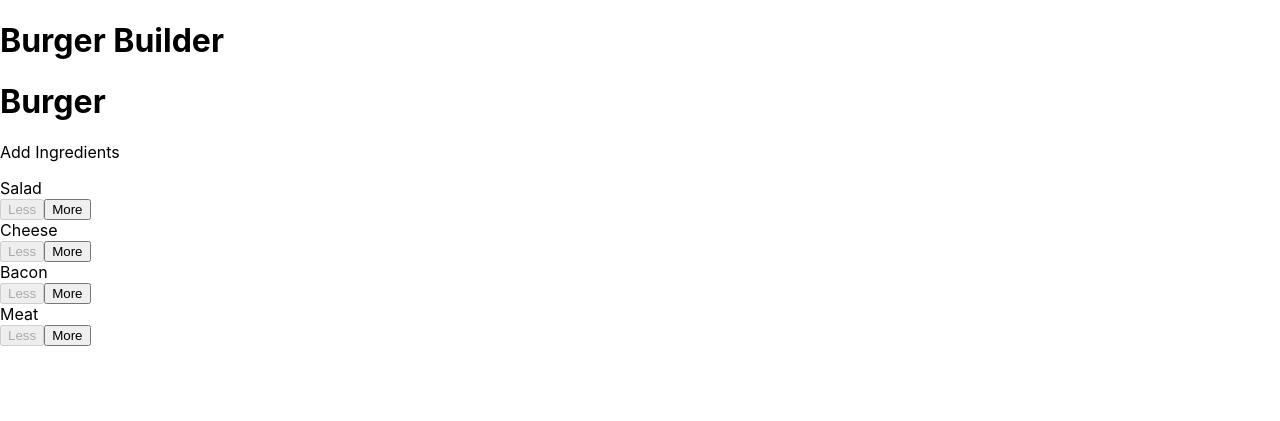
Repository: uditjain100/BurgerBuilder
Page: /
The author's editor kept a copy of each file at every save. The page is drawn from the files as they stood at one save, then again after the next save.
The browser window is 1280 px wide. The pictures show the whole page.
The project was rebuilt for these pictures with package versions that can differ from the ones it lists, and the page was loaded fresh each time. Also part of the build but not shown: src/components/Layouts/Layout.css, src/App.css, src/components/Burger/Burger.css, src/components/Burger/BurgerIngredient/BurgerIngredient.css, src/components/Burger/BuildControls/BuildControls.css, src/components/Burger/BuildControls/BuildControl/BuildControl.css.

Above is the page before, as saved 2021-03-16 17:16:36.

After the next save:
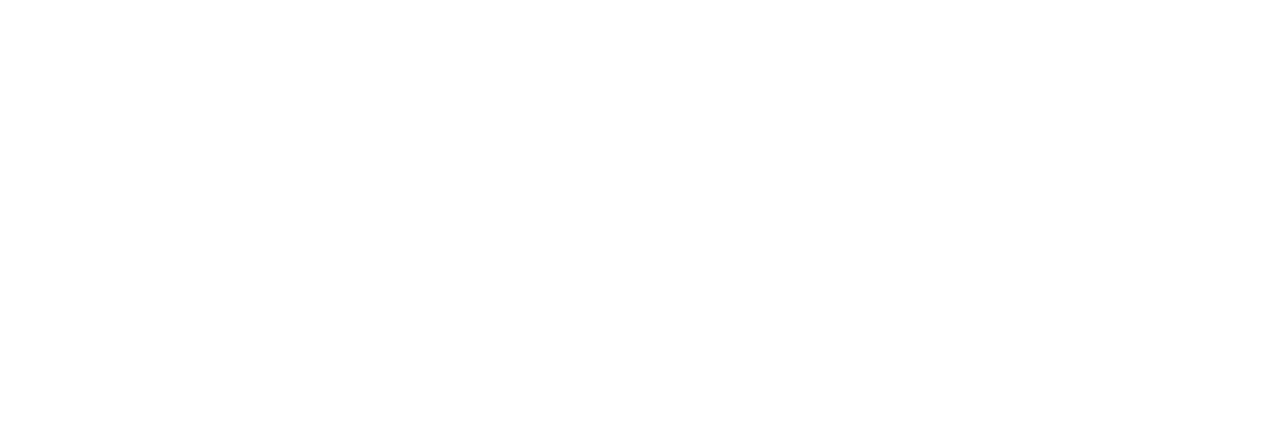
Console error: TypeError: Cannot read properties of undefined (reading 'toFixed')
Saved 20 min 2 s later.
--- a/src/components/Burger/BuildControls/BuildControls.js
+++ b/src/components/Burger/BuildControls/BuildControls.js
@@ -12,6 +12,10 @@
 const BuildControls = (props) => {
   return (
     <div className={classes.BuildControls}>
+      <p>
+        Current Price : <strong> {props.price.toFixed(2)} </strong>
+      </p>
+
       {controls.map((ctrl) => {
         return (
           <BuildControl

After the save that followed:
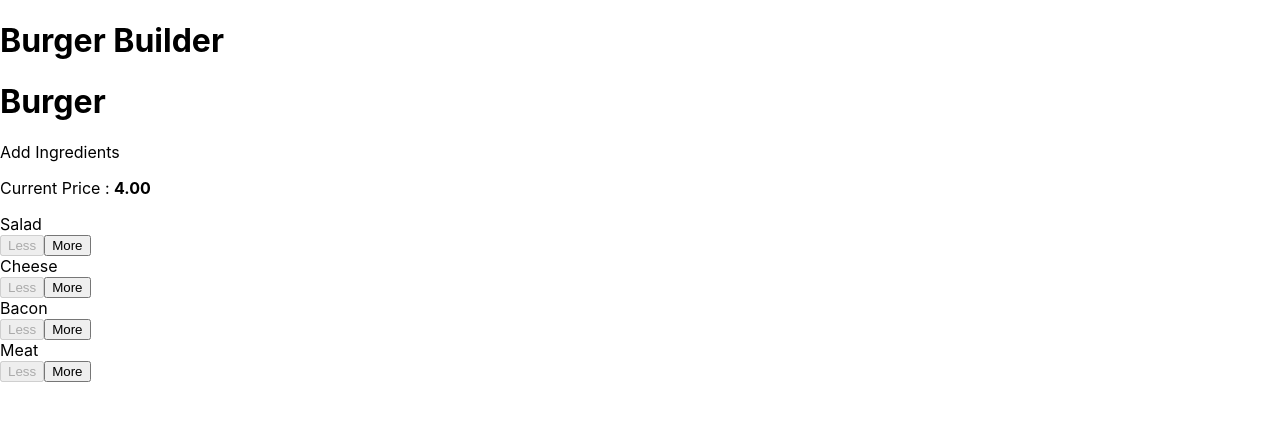
The error is gone.
Saved 41 s later.
--- a/src/containers/BurgerBuilder/BurgerBuilder.js
+++ b/src/containers/BurgerBuilder/BurgerBuilder.js
@@ -50,6 +50,7 @@
           ingredientsremoved={this.removeIngredientsHandler}
           ingredientsadded={this.addIngredientsHandler}
           disabled={disabledInfo}
+          price={this.state.totalPrice}
         />
       </Aux>
     );
